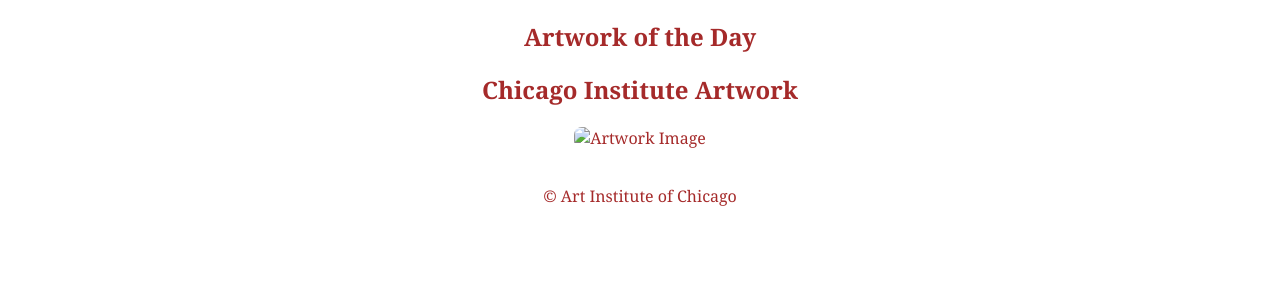
Repository: Bearandbird/amber-hinojos-API-project-haumea
Page: index.html
An editor plug-in stored every save of this project. The page is shown before and after the next save, followed by the edit.
The browser window is 1280 px wide. The pictures show the whole page.
The page's requests for data from a server got no answer.

Above is the page before, as saved 2024-05-25 08:28:34.

### index.html
<!DOCTYPE html>
<html lang="en">

<head>
    <link rel="stylesheet" href="./index.css"/>
    <meta charset="UTF-8" />
    <meta name="viewport" content="width=device-width, initial-scale=1.0" />
    <title> Art of the Day</title>

</head>

<body>
    <section id="artwork">
        <h1>Artwork of the Day</h1>
        <div id= "artwork-container">

        </div>
    </section>

    <section id="artworkSection">
        <h2 id="artworkName">Chicago Institute Artwork</h2>
        <h3 id="artworkTitle"></h3>
        <h4 id="artistTitleId"></h4>
        <div id="artistInfo"></div>
        <img id="artworkImage" alt="Artwork Image" />


        <footer>
            <p>&copy; Art Institute of Chicago</p>
        </footer>

<script src="./index.js"></script>

</body>

</html>

### index.css
body {
    font-family: Cambria, Cochin, Georgia, Times, 'Times New Roman', serif;
    background-color: #ffffff;
    color:brown;
    text-align: center;
  }

  h1 {
    color: brown;

  }

  h3 {
    color:slategrey;
    font-family:'Lucida Sans', 'Lucida Sans Regular',
  }

  .container {
    max-width: 600px;
    margin: 0 auto;
    padding: 20px;
    background-color: #fff;
    border-radius: 8px;
    box-shadow: 0 4px 8px rgba(0, 0, 0, 0.1);
  }

  img {
    max-width: 30rem;
    margin-left: auto;
    margin-right: auto;
    border-radius: 8px;
    margin-bottom: 20px;
}

  .artwork-info {
    font-size: 16px;
  }

  .artwork-info p {
    margin: 0;
    margin-bottom: 10px;
  }

  .error-message {
    color: red;
  }

### index.js
const projectsSection = document.querySelector("#artwork");
const projectsList = projectsSection.querySelector("#artwork-container");

const artworkIds = [869,2189,2816,4081,4428,4575,4758,4773,4788,4796,4884,5357,5848,6565,6596,7021,7124,8624,8633,8958,8991,9010,9503,9512,11272,11320,11393,11434,11723,13720,13853,14572,14574,14591,14598,14655,14968,15401,15468,15563,16146,16169,16231,16298,16327,16362,16487,16488,16499,16551,16568,16571,16776,16964,18709,18757,19339,20432,20579,20684,21023,23333,23506,23684,23700,23972,24306,24548,24645,24836,25332,25853,25865,27307,27310,27984,27987,27992,28067,28560,28849,30709,30839,31285,34116,34181,34286,34299,35198,35376,36132,36161,37368,37761,38930,40619,42566,43060,43145,43714,44018,44741,44892,46230,46327,47149,49195,49686,49691,49702,49714,50148,50157,50276,50330,50909,51185,52560,52679,52736,53001,55249,55384,55706,56682,56731,56905,57051,57819,58540,59426,59787,59847,60031,60755,60812,61128,61428,61603,61608,62042,62371,63178,63234,63554,64276,64339,64724,64729,64818,64884,65290,65868,65916,66039,66434,66683,68769,68823,69109,69780,70003,70202,70207,70443,70739,71396,71829,72726,72728,72801,73216,73413,73417,75644,76054,76240,76244,76279,76295,76395,76571,76779,76816,76869,79307,79379,79507,79600,80062,80084,80479,80607,81512,81558,81564,83642,83889,83905,84241,84709,85533,86340,86385,86421,87045,87163,87479,87643,88724,88793,88977,89403,89856,90048,90300,90443,90536,90583,91194,91620,93345,93811,93900,95998,97402,97910,97916,99539,99602,99766,100079,100089,100250,100472,100829,100858,102131,102234,102295,102591,102611,102963,103347,103887,103943,104031,104043,104094,105073,105105,105203,105466,105800,106538,107069,107300,109275,109330,109439,109686,109780,109819,109926,110507,110634,110663,110881,111060,111164,111317,111377,111380,111400,111401,111436,111442,111559,111610,111617,111628,111642,111654,111810,112092,117188,117266,117271,118661,118746,119454,119521,120154,122054,125660,126981,127644,127859,129884,131385,131541,135430,137125,140645,142526,144272,144361,144969,145681,146701,146905,146953,146988,146989,146991,147003,147508,147513,148412,149681,149776,150054,150739,151358,151363,151371,151424,153244,153701,154232,154235,154237,154238,155969,156442,156474,156538,157056,157156,157160,159136,159824,160144,160201,160222,160226,180298,181091,181145,181774,182728,183077,183277,184095,184186,184193,184324,184362,184371,184672,185180,185184,185222,185619,185651,185760,185766,185905,185963,186047,186049,186392,187155,187165,187528,188540,188844,188845,189207,189289,189290,189595,189600,189715,189775,189807,189932,190224,190558,191197,191371,191454,191556,192689,192890,193664,196323,198809,199002,199854,207293,210482,210511,217201,218612,220179,220272,221885,223309,225016,227420,229351,229354,229393,229406,229510,229866,230189,234004,234433,234781,234972,238749];

//Randomly generate an index into the array to get a valid artwork id
const randomInt = Math.floor(Math.random() * artworkIds.length);
const randomId = artworkIds[randomInt];
console.log(randomId);
const url = `https://api.artic.edu/api/v1/artworks/${randomId}`;
console.log(url);

//fetch the url and if the data exists for the id, get info about the artwork and the art
fetch(url)
  .then((response) => {
    if (!response.ok) {
      throw new Error("Failure to Load");
    }
    return response.json(); // Parse the response as JSON
  })
  .then((data) => {
    //Get info about artwork
    console.log(data);
    const artwork = data.data;
    console.log(artwork);
    const title = artwork.title;
    console.log(artwork.title);
    const artistTitle = artwork.artist_title;
    console.log(artistTitle);
    const artistId = artwork.artist_id; // Assuming the artist ID is available
    const artworkImageID = artwork.image_id;
    console.log(artworkImageID);

    //Add the title to the html
    const artworkTitle = document.getElementById("artworkTitle");
    console.log(artworkTitle);
    artworkTitle.innerHTML = `Title: ${title}`;

    //If artist information is available, then add it to the html
    if (artistTitle != null) {
      const artistTitleElement = document.getElementById("artistTitleId");
      console.log(artistTitleElement);
      artistTitleElement.innerHTML = `Artist: ${artistTitle}`;
    }

    //Get the artwork image for the image id
    const artworkSrcString = `https://www.artic.edu/iiif/2/${artworkImageID}/full/843,/0/default.jpg`;
    console.log(artworkSrcString);

    //Add it to the img block
    const artworkImage = document.getElementById("artworkImage");
    artworkImage.setAttribute("src", artworkSrcString);

    console.log(artworkSrcString);

    // Fetch artist info if available
    if (artistId) {
      fetch(`https://api.artic.edu/api/v1/artists/${artistId}`)
        .then(response => {
          if (!response.ok) {
            throw new Error("Failed to load artist info");
          }
          return response.json();
        })
        .then(artistData => {
          console.log(artistData);
          const artist = artistData.data;
          const artistBirthDate = artist.birth_date;
          const artistDeathDate = artist.death_date;

          const artistInfoElement = document.getElementById("artistInfo");
          artistInfoElement.innerHTML = `
            <p>Birth Date: ${artistBirthDate}</p>
            <p>Death Date: ${artistDeathDate}</p>
          `;
        })
        .catch(error => console.error('Error fetching artist info:', error));
    }
  })
  .catch((error) => {
    console.error(`Image ${randomId} not found`, error);
  });

After the next save:
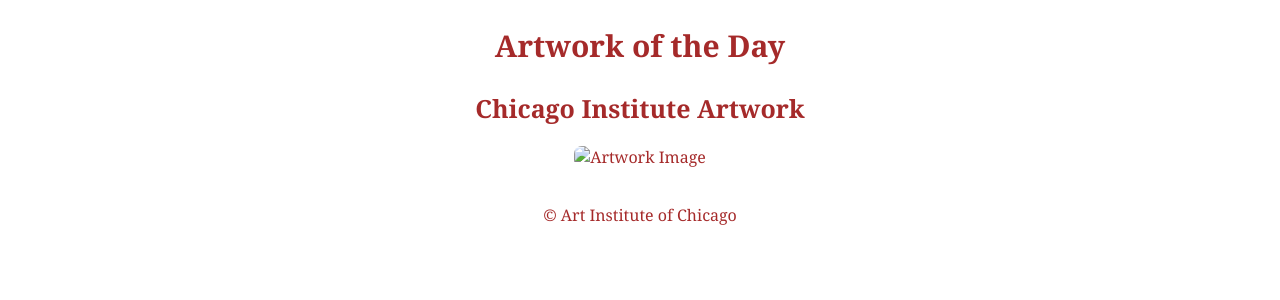
Saved 84 s later.
--- a/index.css
+++ b/index.css
@@ -7,7 +7,12 @@
 
   h1 {
     color: brown;
+    font-size: 30px;
 
+  }
+
+  h2 {
+    font-size: 25px;
   }
 
   h3 {
